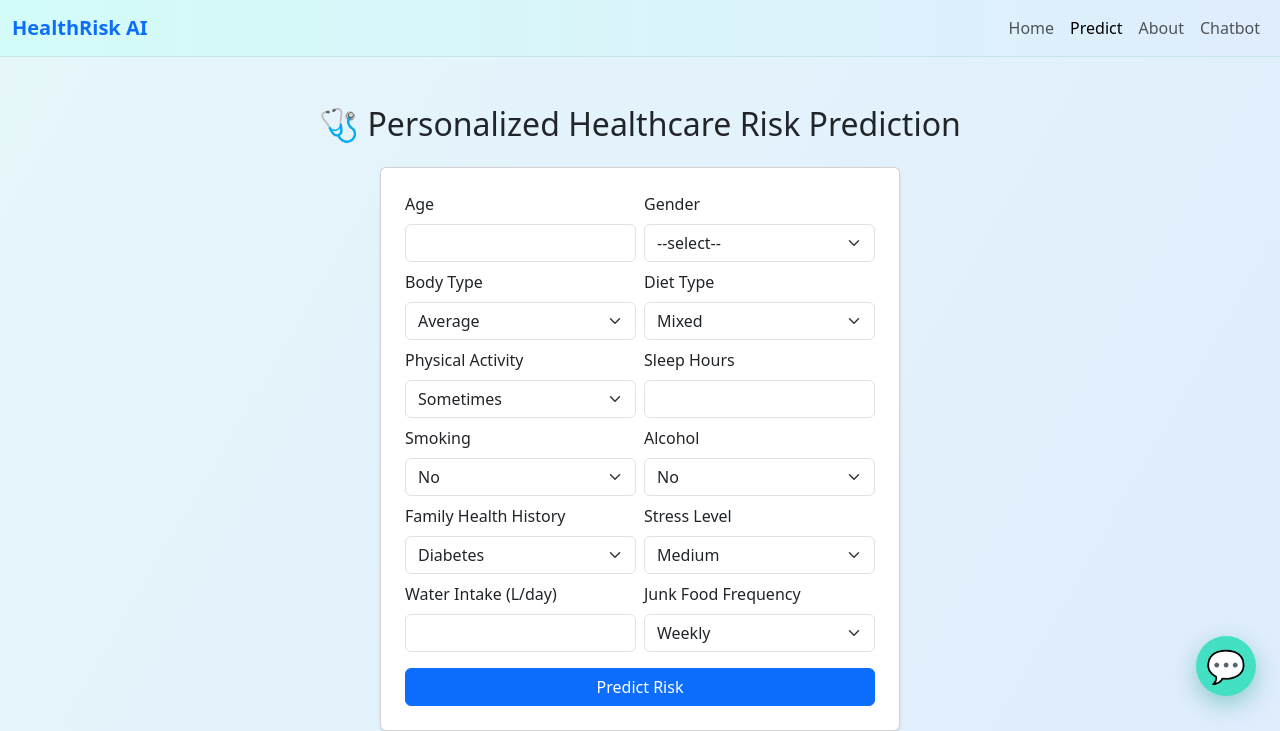
Repository: vipinsamy-sys/ML-health_tracker
Page: http://localhost/
An editor plug-in stored every save of this project. The page is shown before and after a run of saves, followed by the edit.
The browser window is 1280 px wide. The pictures show the whole page.
The page is served by the project's application, run on Flask 3 (app.py).

Above is the page before, as saved 2025-10-31 04:27:59.

### templates/index.html
<!DOCTYPE html>
<html lang="en">
<head>
  <meta charset="UTF-8">
  <title>Predict - HealthRisk AI</title>
  <link rel="stylesheet" href="https://cdn.jsdelivr.net/npm/bootstrap@5.3.0/dist/css/bootstrap.min.css">
 <style>
    body {
      background: linear-gradient(120deg, #e6f7fa 0%, #e0edfd 100%);
    }
    .navbar { background: linear-gradient(90deg, #d3fcf8 0%, #e0edfd 100%); border-bottom: 1px solid #c3e6e7; }
    .chatbot-fab { position: fixed; right: 24px; bottom: 24px; z-index: 999; width: 60px; height: 60px; border-radius: 50%; font-size: 2rem; background: #44e0c4; color: #fff; border: none; box-shadow: 0 8px 24px #60b8b1a8; }
    .chatbot-fab:hover { box-shadow: 0 16px 32px #60b8b1c0; background: #13b295; }
    .chatbot-popup { position: fixed; right: 24px; bottom: 100px; width: 330px; max-width: 95vw; border-radius: 18px; background: #f0fcfc; box-shadow: 0 8px 32px rgba(70,120,140,0.16); overflow: hidden; z-index:1100 }
    .chatbot-header { background: #23c9b2;color:#fff; padding:.75rem 1.2rem; display:flex;align-items:center;justify-content:space-between; }
    .chatbot-body { max-height: 200px; overflow-y: auto; padding: 1rem 1rem 0.5rem 1rem; color: #216164; background: #f7fafb; font-size: 0.98rem; }
    .chatbot-footer { background: #fff; padding: 0.5rem 1rem; border-top: 1px solid #d3fcf8; }
  </style>
</head>
 <!-- Navbar -->
  <nav class="navbar navbar-expand-lg navbar-light">
    <div class="container-fluid">
      <a class="navbar-brand fw-bold text-primary" href="index.html">HealthRisk AI</a>
      <button class="navbar-toggler" type="button" data-bs-toggle="collapse" data-bs-target="#navbarNav" aria-controls="navbarNav">
        <span class="navbar-toggler-icon"></span>
      </button>
      <div class="collapse navbar-collapse" id="navbarNav">
        <ul class="navbar-nav ms-auto">
          <li class="nav-item"><a class="nav-link" href="index.html">Home</a></li>
          <li class="nav-item"><a class="nav-link active" href="predict.html">Predict</a></li>
          <li class="nav-item"><a class="nav-link" href="about.html">About</a></li>
          <li class="nav-item"><a class="nav-link" href="#" onclick="openChatbot();return false;">Chatbot</a></li>
        </ul>
      </div>
    </div>
  </nav>
<body class="bg-light">
  <div class="container text-center mt-5">
    <h2 class="mb-4">🩺 Personalized Healthcare Risk Prediction</h2>
    <form action="/predict" method="POST" class="card p-4 shadow-sm mx-auto" style="max-width:520px; text-align:left;">
      <div class="row g-2">
        <div class="col-6">
          <label class="form-label">Age</label>
          <input type="number" class="form-control" name="age" required>
        </div>
        <div class="col-6">
          <label class="form-label">Gender</label>
          <select class="form-select" name="gender" required>
            <option value="" disabled selected>--select--</option>
            <option value="Male">Male</option>
            <option value="Female">Female</option>
            <option value="Other">Other</option>
          </select>
        </div>
        <div class="col-6">
          <label class="form-label">Body Type</label>
          <select class="form-select" name="body_type" required>
          <option value="" disabled selected>--select--</option>

            <option value="Slim">Slim</option>
            <option value="Average" selected>Average</option>
            <option value="Overweight">Overweight</option>
          </select>
        </div>
        <div class="col-6">
          <label class="form-label">Diet Type</label>


          <select class="form-select" name="diet_type" required>
                        <option value="" disabled selected>--select--</option>

            <option value="Vegetarian">Vegetarian</option>
            <option value="Mixed" selected>Mixed</option>
            <option value="Fast-food lover">Fast-food lover</option>
          </select>
        </div>
        <div class="col-6">
          <label class="form-label">Physical Activity</label>
          <select class="form-select" name="physical_activity" required>
                        <option value="" disabled selected>--select--</option>

            <option value="Rarely">Rarely</option>
            <option value="Sometimes" selected>Sometimes</option>
            <option value="Regularly">Regularly</option>
          </select>
        </div>
        <div class="col-6">
          <label class="form-label">Sleep Hours</label>
          <input type="number" step="0.1" class="form-control" name="sleep_hours" required>
        </div>
        <div class="col-6">
          <label class="form-label">Smoking</label>
          <select class="form-select" name="smoking" required>
                        <option value="" disabled selected>--select--</option>

            <option value="No" selected>No</option>
            <option value="Yes">Yes</option>
          </select>
        </div>
        <div class="col-6">
          <label class="form-label">Alcohol</label>
          <select class="form-select" name="alcohol" required>
                        <option value="" disabled selected>--select--</option>

            <option value="No" selected>No</option>
            <option value="Yes">Yes</option>
          </select>
        </div>
        <div class="col-6">
          <label class="form-label">Family Health History</label>
          <select class="form-select" name="family_history" required>
                        <option value="" disabled selected>--select--</option>

            <option value="None">None</option>
            <option value="Diabetes" selected>Diabetes</option>
            <option value="Heart Issues">Heart Issues</option>
          </select>
        </div>
        <div class="col-6">
          <label class="form-label">Stress Level</label>
          <select class="form-select" name="stress_level" required>
                        <option value="" disabled selected>--select--</option>

            <option value="Low">Low</option>
            <option value="Medium" selected>Medium</option>
            <option value="High">High</option>
          </select>
        </div>
        <div class="col-6">
          <label class="form-label">Water Intake (L/day)</label>
          <input type="number" step="0.1" class="form-control" name="water_intake_liters" required>
        </div>
        <div class="col-6">
          <label class="form-label">Junk Food Frequency</label>
          <select class="form-select" name="junk_food_freq" required>
                        <option value="" disabled selected>--select--</option>

            <option value="Rarely">Rarely</option>
            <option value="Weekly" selected>Weekly</option>
            <option value="Daily">Daily</option>
          </select>
        </div>
      </div>
      <button class="btn btn-primary w-100 mt-3">Predict Risk</button>
    </form>
    {% if result %}
      <div class="alert alert-info mt-4">{{ result }}</div>
    {% endif %}
    <!-- Floating Chatbot Button -->
  <button class="chatbot-fab" id="open-fab" onclick="openChatbot();" title="Open Chatbot">💬</button>
  <div class="chatbot-popup d-none" id="chatbotPopup">
    <div class="chatbot-header">
      <span><b>HealthBot</b></span>
      <button onclick="closeChatbot();" class="btn btn-sm btn-light">&times;</button>
    </div>
    <div class="chatbot-body" id="chatBody">
      <div class="text-secondary small mb-2">Ask about health, diet, or prevention tips!</div>
    </div>
    <div class="chatbot-footer d-flex">
      <input type="text" class="form-control me-2" id="chatInput" placeholder="Type your question...">
      <button class="btn btn-success" id="chatSend">Send</button>
    </div>
  </div>
  <script>
    function openChatbot() {
      document.getElementById('chatbotPopup').classList.remove('d-none');
      document.getElementById('open-fab').style.display = 'none';
    }
    function closeChatbot() {
      document.getElementById('chatbotPopup').classList.add('d-none');
      document.getElementById('open-fab').style.display = '';
    }
    function showResult(event) {
      event.preventDefault();
      document.getElementById('resultBox').classList.remove('d-none');
    }
    // Chatbox logic (calls Flask /api/chat on the same origin)
    (function(){
      const chatBody = document.getElementById('chatBody');
      const chatInput = document.getElementById('chatInput');
      const chatSend = document.getElementById('chatSend');

      function appendMessage(role, text){
        const wrap = document.createElement('div');
        wrap.className = role === 'user' ? 'text-end mb-2' : 'text-start mb-2';
        const bubble = document.createElement('div');
        bubble.className = role === 'user' ? 'd-inline-block px-3 py-2 bg-primary text-white rounded-3' : 'd-inline-block px-3 py-2 bg-white border rounded-3';
        bubble.textContent = text;
        wrap.appendChild(bubble);
        chatBody.appendChild(wrap);
        chatBody.scrollTop = chatBody.scrollHeight;
      }

      async function sendMessage(){
        const msg = (chatInput.value || '').trim();
        if(!msg) return;
        appendMessage('user', msg);
        chatInput.value = '';

        const thinking = document.createElement('div');
        thinking.className = 'text-start mb-2 text-secondary small';
        thinking.textContent = 'Thinking…';
        chatBody.appendChild(thinking);
        chatBody.scrollTop = chatBody.scrollHeight;

        try{
          const res = await fetch('/api/chat', {
            method: 'POST',
            headers: { 'Content-Type': 'application/json' },
            body: JSON.stringify({ message: msg })
          });
          const data = await res.json();
          thinking.remove();
          if(data && data.reply){
            appendMessage('assistant', data.reply);
          } else if (data && data.error){
            appendMessage('assistant', 'Error: ' + data.error);
          } else {
            appendMessage('assistant', 'No response.');
          }
        }catch(err){
          thinking.remove();
          appendMessage('assistant', 'Network error.');
        }
      }

      chatSend.addEventListener('click', sendMessage);
      chatInput.addEventListener('keydown', function(e){ if(e.key === 'Enter'){ sendMessage(); }});
    })();
  </script>
  </div>
</body>
</html>

### app.py
from flask import Flask, request, render_template, jsonify
import joblib
import numpy as np

app = Flask(__name__)

model = joblib.load('model/model.pkl')

@app.route('/')
def home():
    return render_template('index.html')

@app.route('/predict', methods=['POST'])
def predict():
    try:
        age = float(request.form['age'])
        bmi = float(request.form['bmi'])
        bp = float(request.form['bp'])
        glucose = float(request.form['glucose'])

        input_data = np.array([[age, bmi, bp, glucose]])
        prediction = model.predict(input_data)[0]

        result = "⚠️ High Risk" if prediction == 1 else "✅ Low Risk"
        return render_template('index.html', result=result)

    except Exception as e:
        return jsonify({'error': str(e)})

if __name__ == "__main__":
    app.run(debug=True)

After the next 2 saves:
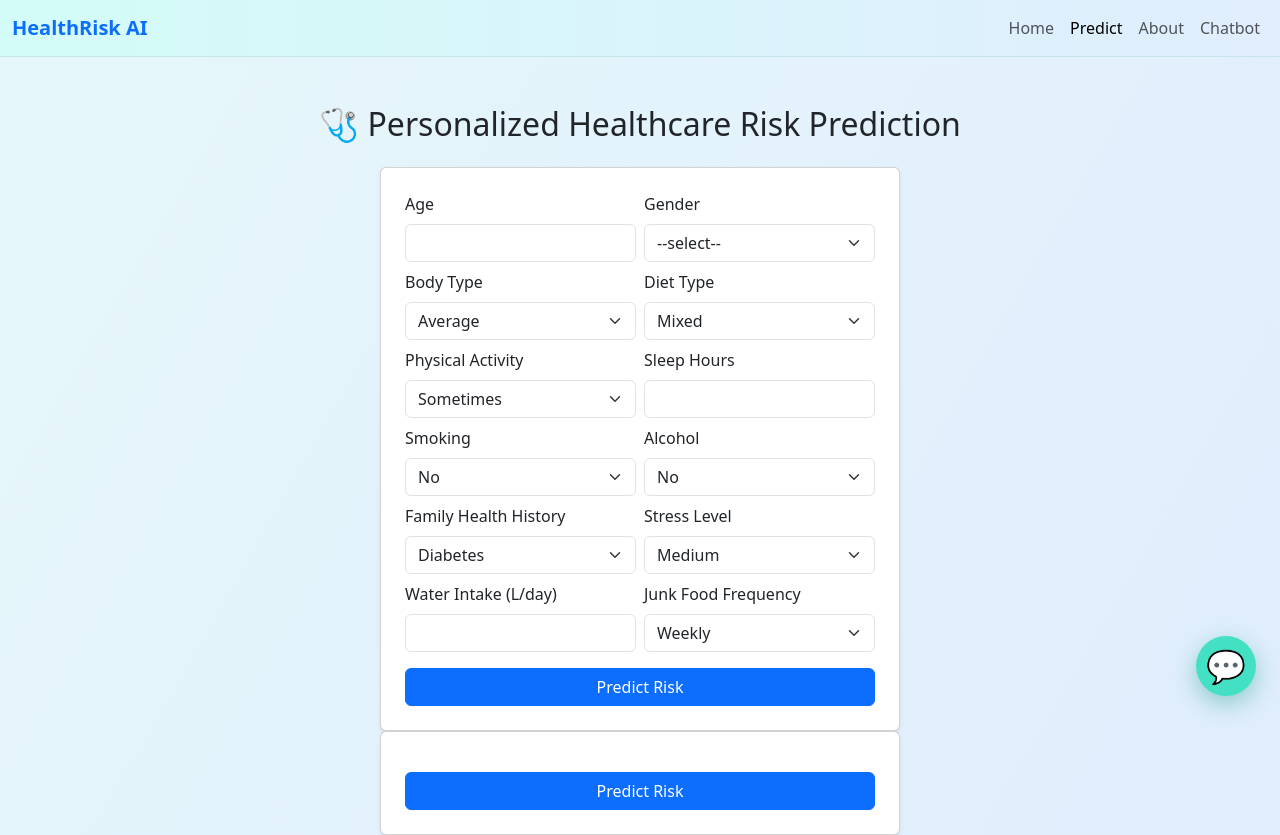
The 2 saves are shown as one change because they came seconds apart.
The last was saved 44 s later.
--- a/templates/index.html
+++ b/templates/index.html
@@ -161,6 +161,24 @@
       <button class="btn btn-success" id="chatSend">Send</button>
     </div>
   </div>
+  <form id="healthForm" action="/predict" method="POST" class="card p-4 shadow-sm mx-auto" style="max-width:520px; text-align:left;">
+  <!-- your input fields here -->
+  <button class="btn btn-primary w-100 mt-3">Predict Risk</button>
+</form>
+
+<script>
+document.getElementById("healthForm").addEventListener("submit", function(event) {
+  const selects = document.querySelectorAll("select");
+  for (const select of selects) {
+    if (select.value === "" || select.value === "select") {
+      alert("⚠️ Please select a valid option for all fields.");
+      event.preventDefault();
+      return;
+    }
+  }
+});
+</script>
+
   <script>
     function openChatbot() {
       document.getElementById('chatbotPopup').classList.remove('d-none');
